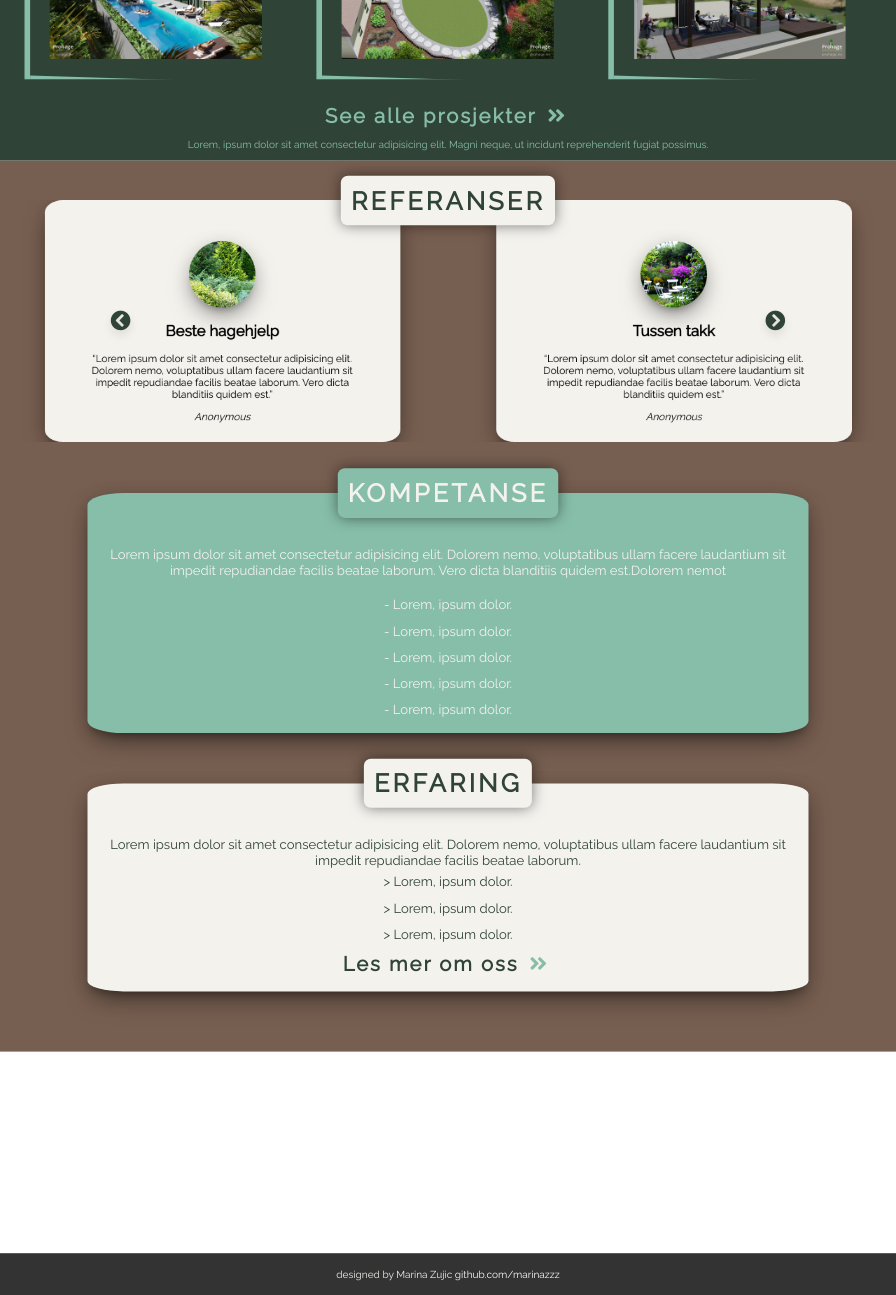
Repository: marinazzz/garden-design-website
Page: Garden design website/index.html
An editor plug-in stored every save of this project. The page is shown before and after the next save, followed by the edit.
The browser window is 1280 px wide. The pictures show the part of the page from y = 3186 to 5106 px (the page is 5036 px tall before and 5106 px after), at 70% of full size.

Above is the page before, as saved 2020-04-07 13:46:02.

After the next save:
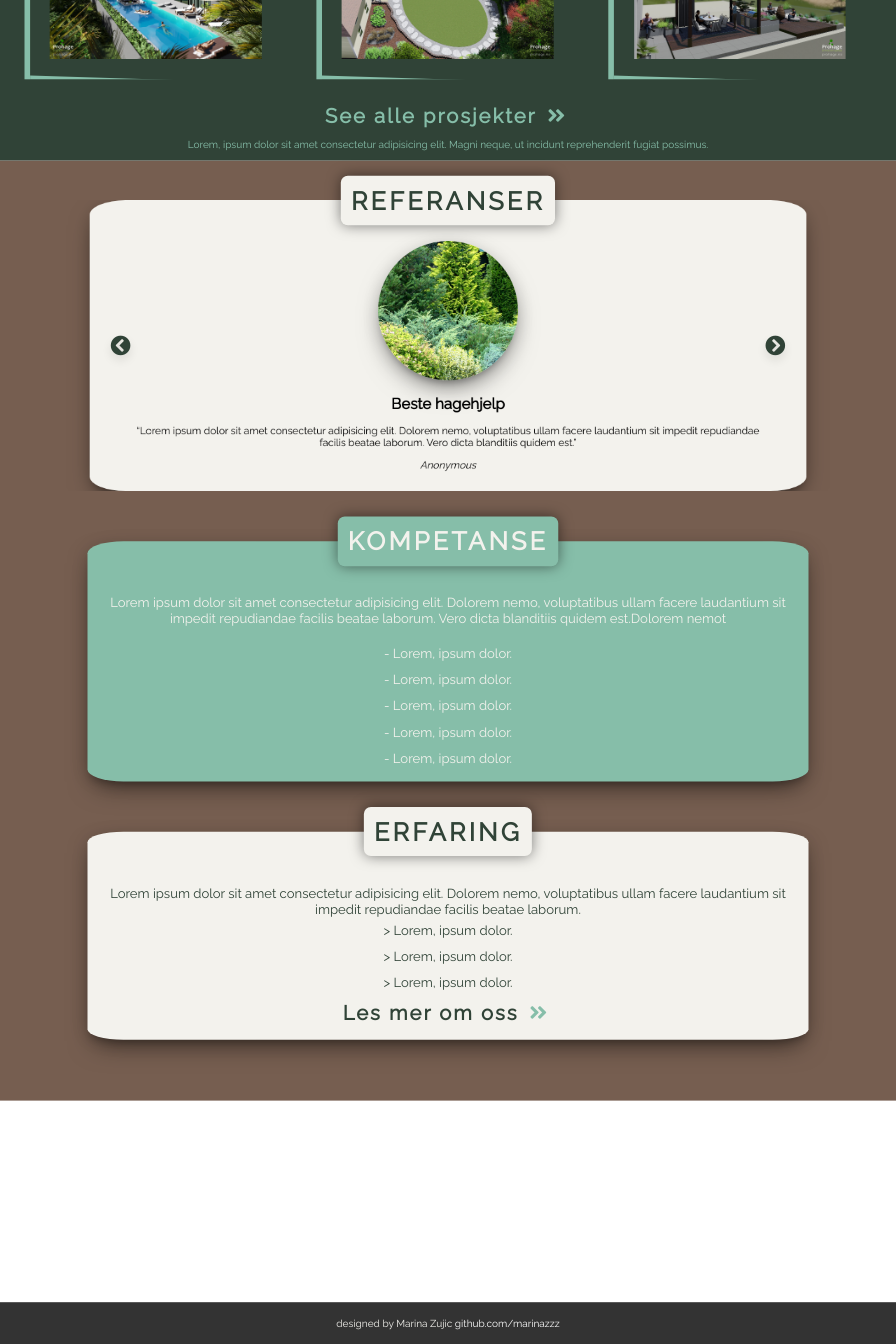
Saved 4 min 20 s later.
--- a/Garden design website/JS/js-app.js
+++ b/Garden design website/JS/js-app.js
@@ -33,14 +33,8 @@ Object.values(mainGlide).map(carousel => {
 let reviewGlide = document.querySelectorAll("#section__reviews > div");
 Object.values(reviewGlide).map(carousel => {
   let reviewSlider = new Glide(carousel, {
-    type: 'carousel',
-    perView: 2,
-    breakpoints: {
-      992: {
-        perView: 1
-      },
+    type: 'carousel'
 
-    }
   });
   reviewSlider.mount();
 
